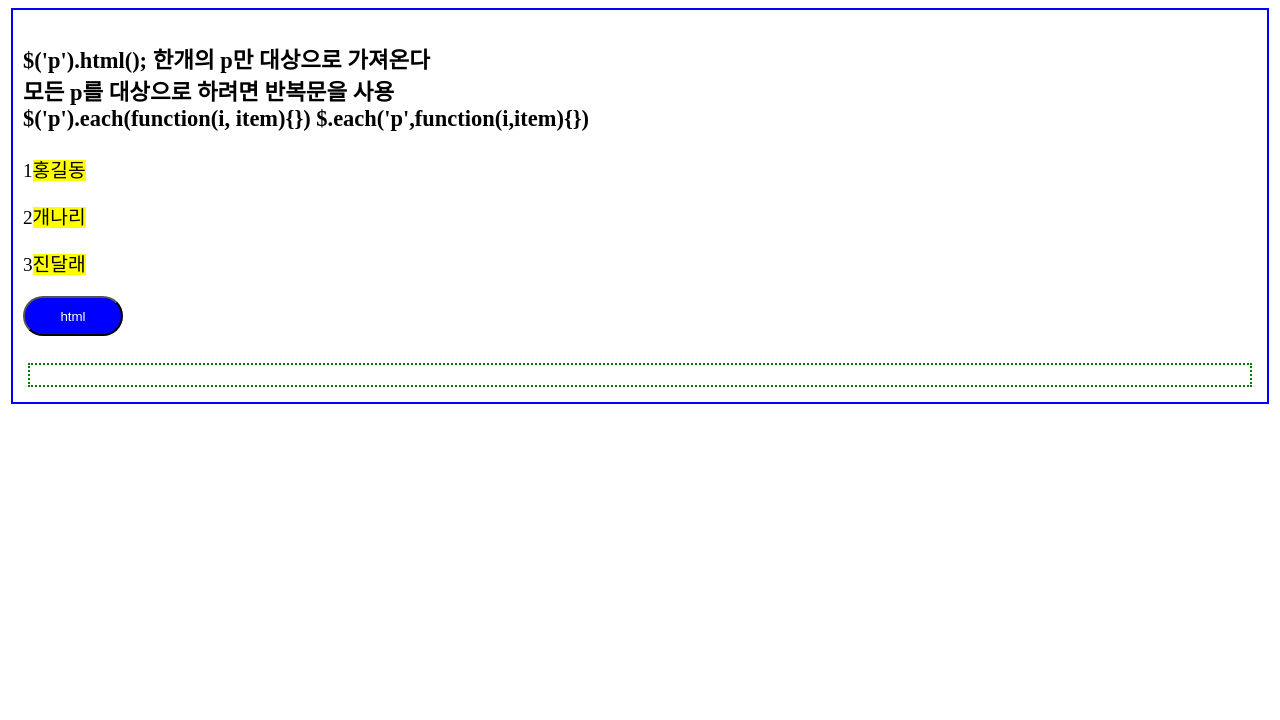
Repository: patternlobe-stack/MY_repository
Page: webpro/src/main/webapp/0915/html_text.html
An editor plug-in stored every save of this project. The page is shown before and after the next save, followed by the edit.
The browser window is 1280 px wide. The pictures show the whole page.

Above is the page before, as saved 2025-09-15 05:15:07.

After the next save:
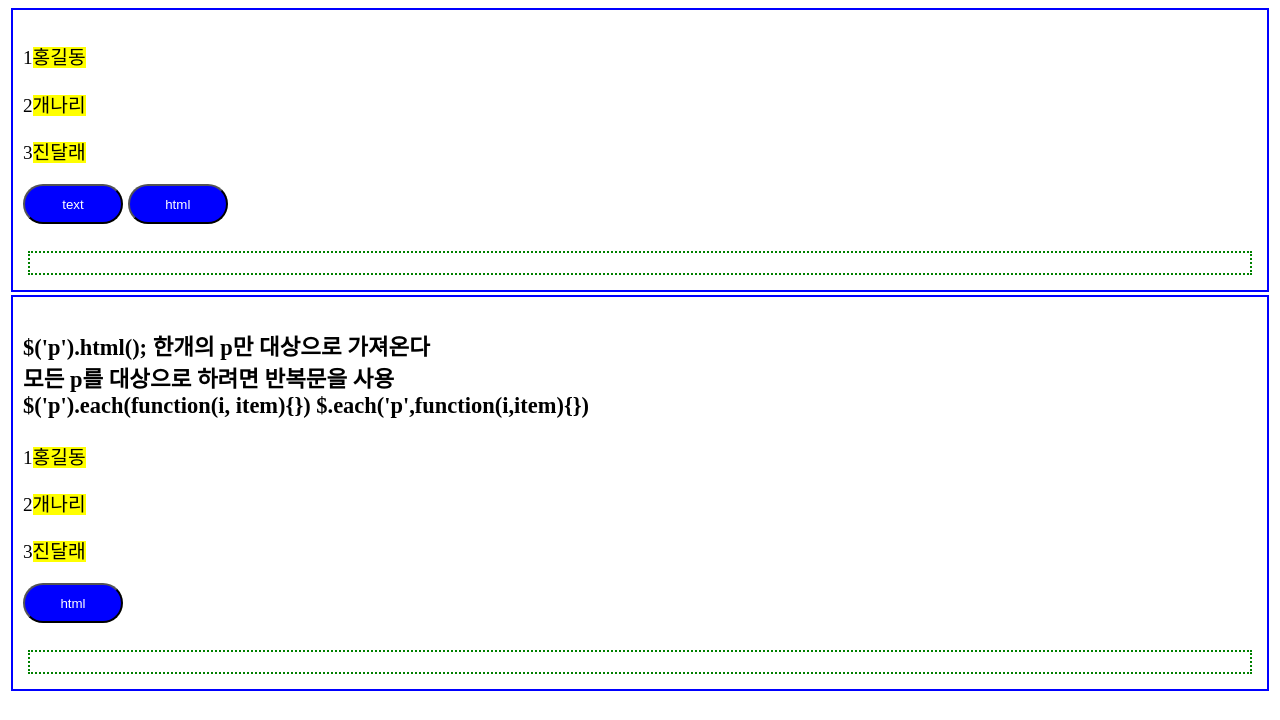
Saved 47 s later.
--- a/webpro/src/main/webapp/0915/html_text.html
+++ b/webpro/src/main/webapp/0915/html_text.html
@@ -36,6 +36,19 @@ $(function(){
 
 <div class="box">
       <h3>
+
+      </h3>
+      <p>1<span>홍길동</span></p>
+	 <p>2<span>개나리</span></p>
+	 <p>3<span>진달래</span></p>
+      <input type="button" value="text"  id="text"/>
+      <input type="button" value="html"  id="html"/>
+
+      <br /><br />
+      <div id="result1"></div>
+</div>
+<div class="box">
+      <h3>
       $('p').html(); 한개의 p만 대상으로 가져온다<br>
       모든 p를 대상으로 하려면 반복문을 사용<br>
       $('p').each(function(i, item){})
@@ -47,7 +60,7 @@ $(function(){
       <input type="button" value="html"  id="htmlroop"/>
 
       <br /><br />
-      <div id="result1"></div>
+      <div id="result2"></div>
 </div>
 </body>
 </html>
